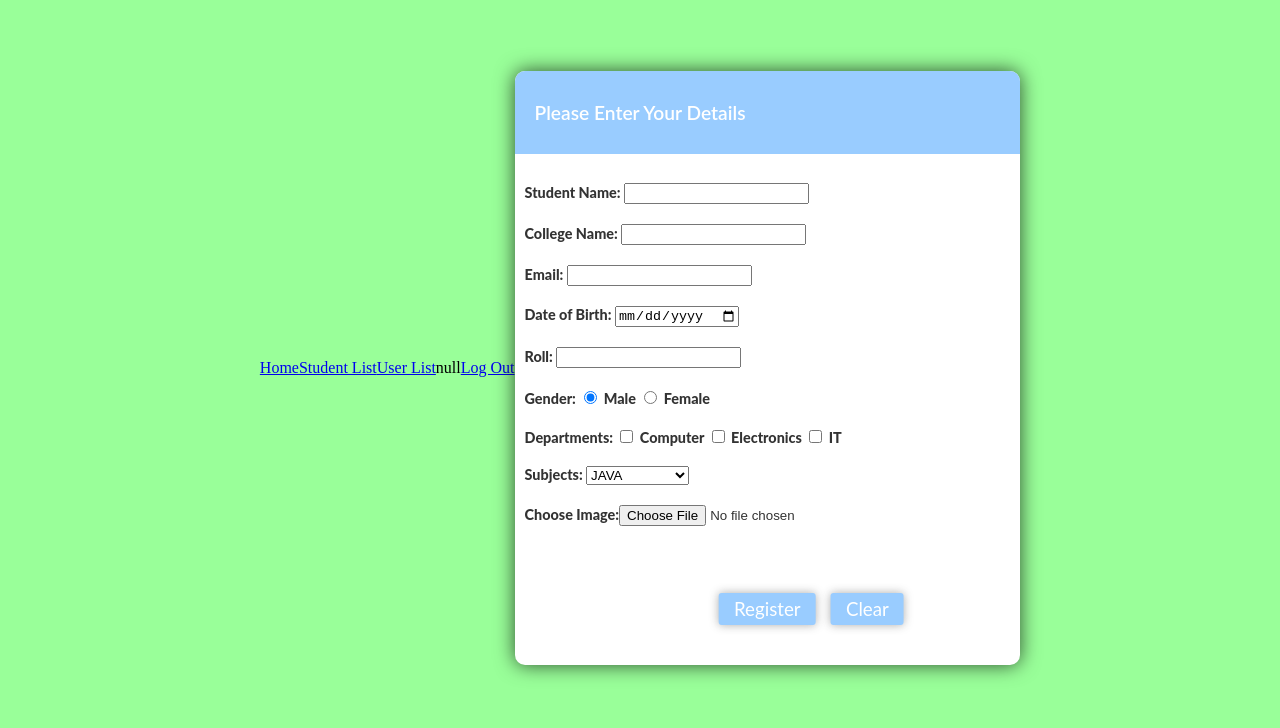
Repository: AmritOjha01/sms
Page: http://localhost/StudentManagementSystem/studentForm.jsp
The author's editor kept a copy of each file at every save. The page is drawn from the files as they stood at one save, then again after the next save.
The browser window is 1280 px wide. The pictures show the whole page.
The page is served by Tomcat 9. The template is opened directly, without the code that normally fills it, so the values that code supplies are empty.

Above is the page before, as saved 2017-03-24 12:07:05.

After the next save:
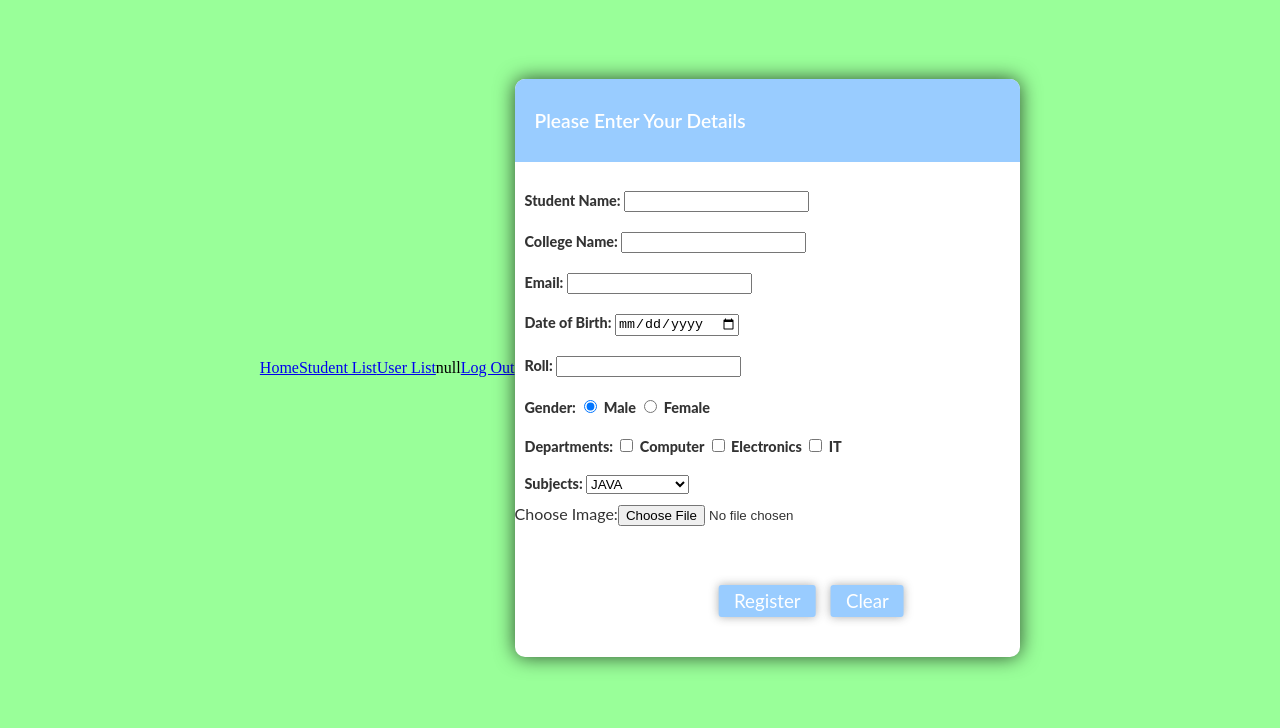
Saved 2 min 20 s later.
--- a/StudentManagementSystem/WebContent/studentForm.jsp
+++ b/StudentManagementSystem/WebContent/studentForm.jsp
@@ -66,10 +66,8 @@
 			</select>
 
 		</div>
-		<div class="newstyle">
 			Choose Image:<input type="file" name="photo" size="10"
 				required="required" /><br> <br>
-		</div>
 
 		<div class="newstyle">
 			<button value="register" type="submit">Register</button>
